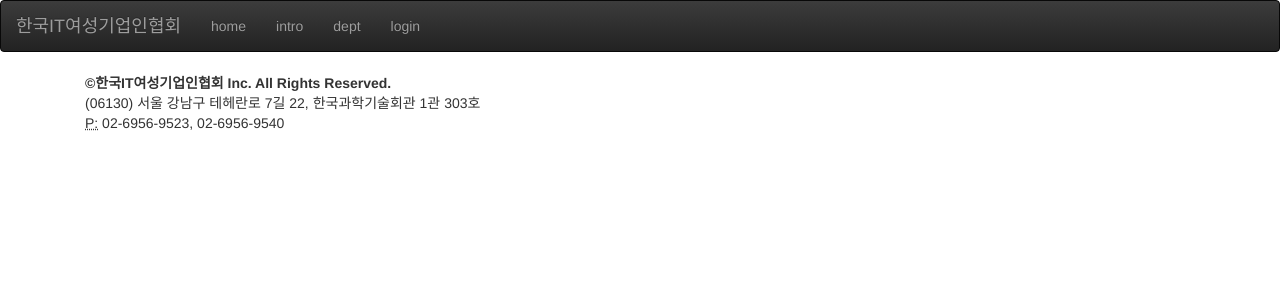
Repository: minho00123/sw-professional-training
Page: http://localhost/sts08/WEB-INF/views/intro.jsp
An editor plug-in stored every save of this project. The page is shown before and after the next save, followed by the edit.
The browser window is 1280 px wide. The pictures show the whole page.
The page is served by Tomcat 9. Nobody is signed in. Other server files are loaded and not shown. The template is opened directly, without the code that normally fills it, so the values that code supplies are empty.

Above is the page before, as saved 2025-05-21 01:43:12.
Console error (its wording comes from the project's code and is left out).

### stsWorkspace/sts08/src/main/webapp/WEB-INF/views/intro.jsp
<%@ page language="java" contentType="text/html; charset=UTF-8"
	pageEncoding="UTF-8"%>
<!DOCTYPE html>
<html>
<head>
<meta charset="UTF-8">
<title>Insert title here</title>
</head>
<%@ include file="./layout/header.jspf"%>
<body>
	<%@ include file="./layout/menu.jspf"%>

	<%@ include file="./layout/footer.jspf"%>
</body>
</html>

### stsWorkspace/sts08/src/main/webapp/WEB-INF/views/layout/header.jspf
<%@ page language="java" contentType="text/html; charset=UTF-8"
    pageEncoding="UTF-8"%>
<%@ taglib prefix="c" uri="http://java.sun.com/jsp/jstl/core"%>
<!-- Latest compiled and minified CSS -->
<link rel="stylesheet"
	href="https://cdn.jsdelivr.net/npm/bootstrap@3.4.1/dist/css/bootstrap.min.css"
	integrity="sha384-HSMxcRTRxnN+Bdg0JdbxYKrThecOKuH5zCYotlSAcp1+c8xmyTe9GYg1l9a69psu"
	crossorigin="anonymous">

<!-- Optional theme -->
<link rel="stylesheet"
	href="https://cdn.jsdelivr.net/npm/bootstrap@3.4.1/dist/css/bootstrap-theme.min.css"
	integrity="sha384-6pzBo3FDv/PJ8r2KRkGHifhEocL+1X2rVCTTkUfGk7/0pbek5mMa1upzvWbrUbOZ"
	crossorigin="anonymous">

<!-- Latest compiled and minified JavaScript -->
<script
	src="https://cdn.jsdelivr.net/npm/bootstrap@3.4.1/dist/js/bootstrap.min.js"
	integrity="sha384-aJ21OjlMXNL5UyIl/XNwTMqvzeRMZH2w8c5cRVpzpU8Y5bApTppSuUkhZXN0VxHd"
	crossorigin="anonymous"></script>

<!-- jQuery (necessary for Bootstrap's JavaScript plugins) -->
<script src="https://code.jquery.com/jquery-1.12.4.min.js"
	integrity="sha384-nvAa0+6Qg9clwYCGGPpDQLVpLNn0fRaROjHqs13t4Ggj3Ez50XnGQqc/r8MhnRDZ"
	crossorigin="anonymous"></script>

### stsWorkspace/sts08/src/main/webapp/WEB-INF/views/layout/menu.jspf
<%@ page language="java" contentType="text/html; charset=UTF-8"
	pageEncoding="UTF-8"%>
<nav class="navbar navbar-inverse">
	<div class="container-fluid">
		<div class="navbar-header">
			<a class="navbar-brand" href="${pageContext.request.contextPath }/">
				한국IT여성기업인협회 </a>
		</div>
		<div class="collapse navbar-collapse"
			id="bs-example-navbar-collapse-1">
			<ul class="nav navbar-nav">
				<%
					/* String url = request.getRequestURI().substring(request.getContextPath().length());
					if (url.equals("/")) {
						pageContext.setAttribute("menu", "menu1");
					} else if (url.equals("/intro")) {
						pageContext.setAttribute("menu", "menu2");
					} else if (url.startsWith("/dept/")) {
						pageContext.setAttribute("menu", "menu3");
					} else if (url.startsWith("/login/")) {
						pageContext.setAttribute("menu", "menu4");
					} */
				%>
				<li class="${menu eq 'menu1' ? 'active' : '' }"><a
					href="${pageContext.request.contextPath }/">home</a></li>
				<li class="${menu eq 'menu2' ? 'active' : '' }"><a
					href="${pageContext.request.contextPath }/intro">intro</a></li>
				<li class="${menu eq 'menu3' ? 'active' : '' }"><a
					href="${pageContext.request.contextPath }/dept/">dept</a></li>
				<li class="${menu eq 'menu4' ? 'active' : '' }"><a
					href="${pageContext.request.contextPath }/login/">login</a></li>
			</ul>
		</div>
	</div>
</nav>
<div class="container">
	<div class="col-md-12">
		<!-- begin -->

### stsWorkspace/sts08/src/main/webapp/WEB-INF/views/layout/footer.jspf
<%@ page language="java" contentType="text/html; charset=UTF-8"
    pageEncoding="UTF-8"%>
			<!-- end -->
		</div>
		<div class="col-md-12">
			<address>
				<strong>©한국IT여성기업인협회 Inc. All Rights Reserved.</strong><br>
				(06130) 서울 강남구 테헤란로 7길 22, 한국과학기술회관 1관 303호 <br> <abbr
					title="Phone">P:</abbr> 02-6956-9523, 02-6956-9540
			</address>
		</div>
	</div>

After the next save:
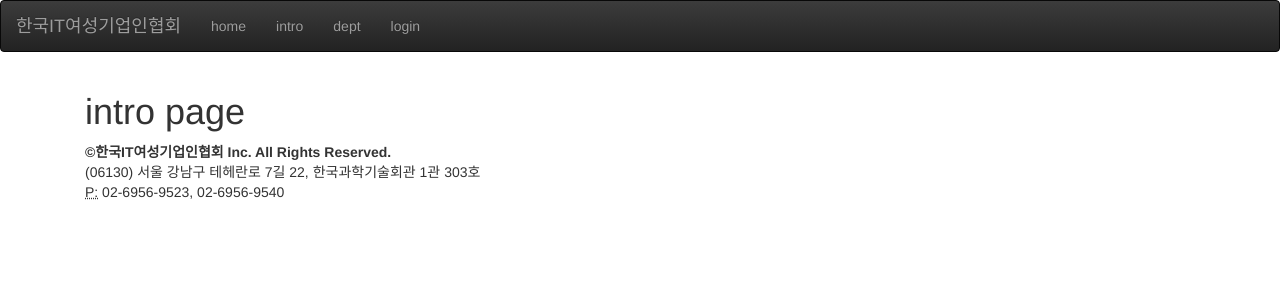
Saved 9 s later.
--- a/stsWorkspace/sts08/src/main/webapp/WEB-INF/views/intro.jsp
+++ b/stsWorkspace/sts08/src/main/webapp/WEB-INF/views/intro.jsp
@@ -9,7 +9,7 @@
 <%@ include file="./layout/header.jspf"%>
 <body>
 	<%@ include file="./layout/menu.jspf"%>
-
+	<h1>intro page</h1>
 	<%@ include file="./layout/footer.jspf"%>
 </body>
 </html>
